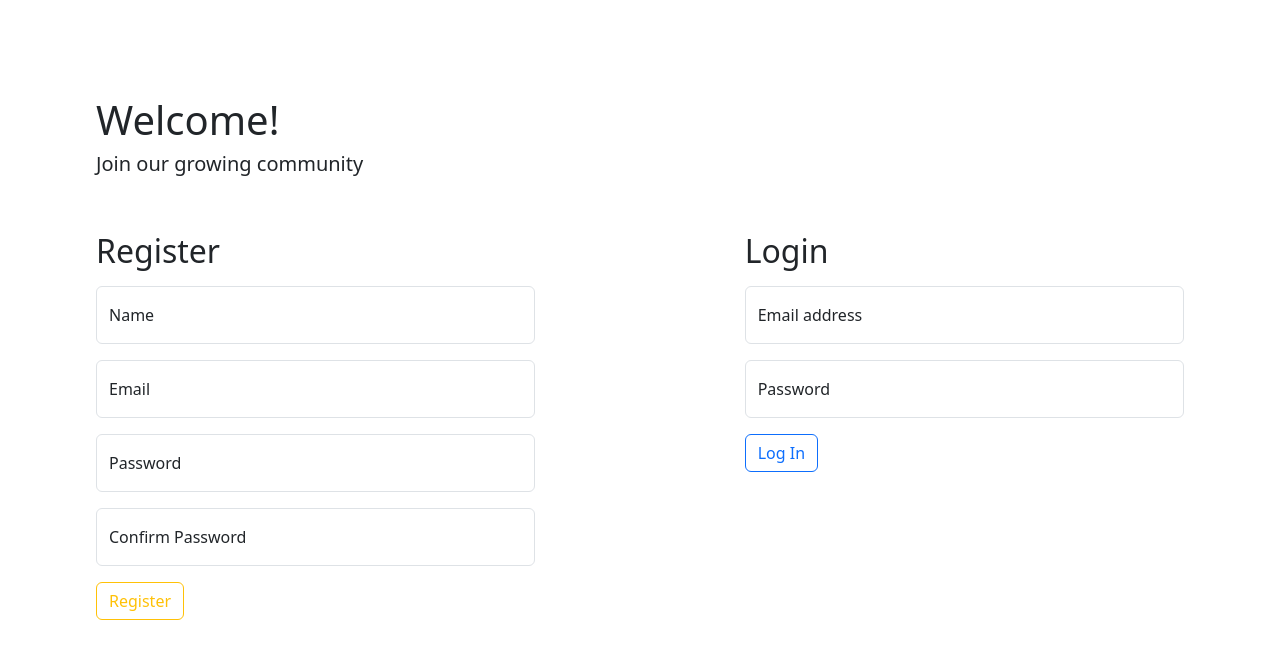
Repository: ShathaMorales/Java-Stack
Page: http://localhost/LoginRegistration/WEB-INF/index.jsp
These files come from the project's save history. The page is drawn as it stood at one moment and after the next save; the edit follows.
The browser window is 1280 px wide. The pictures show the whole page.
The page is served by Tomcat 10. Nobody is signed in. Other server files are loaded and not shown. The template is opened directly, without the code that normally fills it, so the values that code supplies are empty.

Above is the page before, as saved 2023-05-12 00:43:57.

### _java/FullSpring/BookBroker/LoginRegistration/src/main/webapp/WEB-INF/index.jsp
<%@ page language="java" contentType="text/html; charset=UTF-8" pageEncoding="UTF-8"%>
<!-- c:out ; c:forEach etc. -->
<%@ taglib prefix = "c" uri = "http://java.sun.com/jsp/jstl/core" %>
<!-- Formatting (dates) -->
<%@ taglib uri="http://java.sun.com/jsp/jstl/fmt" prefix="fmt"  %>
<!-- form:form -->
<%@ taglib prefix="form" uri="http://www.springframework.org/tags/form"%>
<!-- for rendering errors on PUT routes -->
<%@ page isErrorPage="true" %>
<!DOCTYPE html>
<html>
<head>
<meta charset="UTF-8">
<link href="https://cdn.jsdelivr.net/npm/bootstrap@5.3.0-alpha3/dist/css/bootstrap.min.css" rel="stylesheet" integrity="sha384-KK94CHFLLe+nY2dmCWGMq91rCGa5gtU4mk92HdvYe+M/SXH301p5ILy+dN9+nJOZ" crossorigin="anonymous">
<title>Login and Registration</title>
</head>
<body>
	<div class = "container-md-fluid m-5 p-5">
    	<div class = "row justify-content-between">
    	<h1>Welcome!</h1>
    	<h5>Join our growing community</h5>
            <div class = "col-5 mt-5">
    			<h2>Register</h2>
                <form:form action="/register" method="post" modelAttribute="newUser">
                    <div class="form-floating my-3">
                      <form:input path="userName" class="form-control" name = "userName" id="floatingInput" placeholder="name@example.com"/>
                      <form:label path="userName" for="floatingInput">Name</form:label>
                        <form:errors path="userName" class = "my-3" style="color: blue;"/>
                    </div>
                    <div class="form-floating my-3">
                      <form:input type="email" path="email" class="form-control" name = "email" id="floatingInput" placeholder="name@example.com"/>
                      <form:label path="email" for="floatingInput">Email</form:label>
                        <form:errors path="email" class = "my-3" style="color: blue;"/>
                    </div>
                    <div class="form-floating my-3">
                      <form:input type="password" path="password" class="form-control" name = "password" id="floatingInput" placeholder="name@example.com"/>
                      <form:label path="password" for="floatingInput">Password</form:label>
                        <form:errors path="password" class = "my-3" style="color: blue;"/>
                    </div>
                    <div class="form-floating my-3">
                      <form:input type="password"  path="confirm" class="form-control" name = "confirm" id="floatingInput" placeholder="name@example.com"/>
                      <form:label path="confirm" for="floatingInput">Confirm Password</form:label>
                        <form:errors path="confirm" class = "my-3" style="color: blue;"/>
                    </div>
                    <button type="submit" class="btn btn-outline-warning align-self-center">Register</button>
                    </form:form>
    		</div>
    		 <div class = "col-5 mt-5">
    			<h2>Login</h2>
                <form:form action="/login" method="post" modelAttribute="newLogin">
                    <div class="form-floating my-3">
                      <form:input type="email" path="email" class="form-control" name = "email" id="floatingInput" placeholder="name@example.com"/>
                      <form:label path="email" for="floatingInput">Email address</form:label>
                        <form:errors path="email" class = "my-3" style="color: blue;"/>
                    </div>
                    <div class="form-floating my-3">
                      <form:input type="password" path="password" class="form-control" name = "password" id="floatingInput" placeholder="name@example.com"/>
                      <form:label path="password" for="floatingInput">Password</form:label>
                        <form:errors path="password" class = "my-3" style="color: blue;"/>
                    </div>
                    <button type="submit" class="btn btn-outline-primary align-self-center">Log In</button>
                    </form:form>
    		</div>
    		</div>
    </div>
</body>
</html>

After the next save:
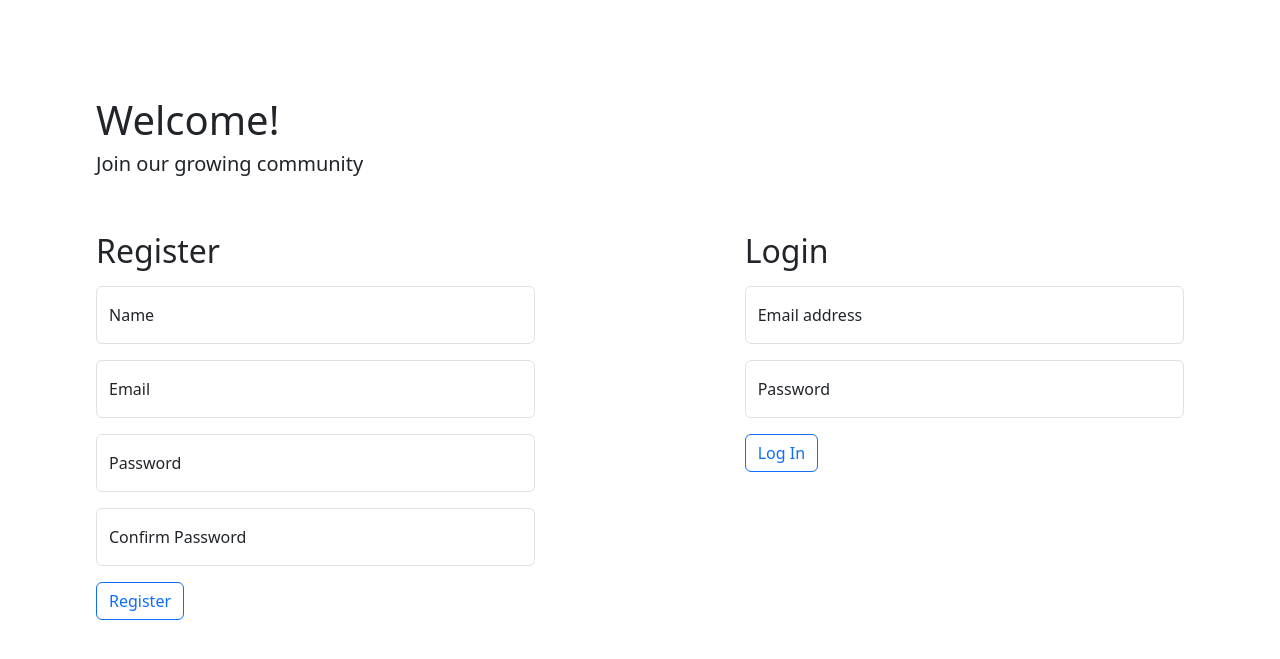
Saved 18 s later.
--- a/_java/FullSpring/BookBroker/LoginRegistration/src/main/webapp/WEB-INF/index.jsp
+++ b/_java/FullSpring/BookBroker/LoginRegistration/src/main/webapp/WEB-INF/index.jsp
@@ -42,7 +42,7 @@
                       <form:label path="confirm" for="floatingInput">Confirm Password</form:label>
                         <form:errors path="confirm" class = "my-3" style="color: blue;"/>
                     </div>
-                    <button type="submit" class="btn btn-outline-warning align-self-center">Register</button>
+                    <button type="submit" class="btn btn-outline-primary align-self-center">Register</button>
                     </form:form>
     		</div>
     		 <div class = "col-5 mt-5">
